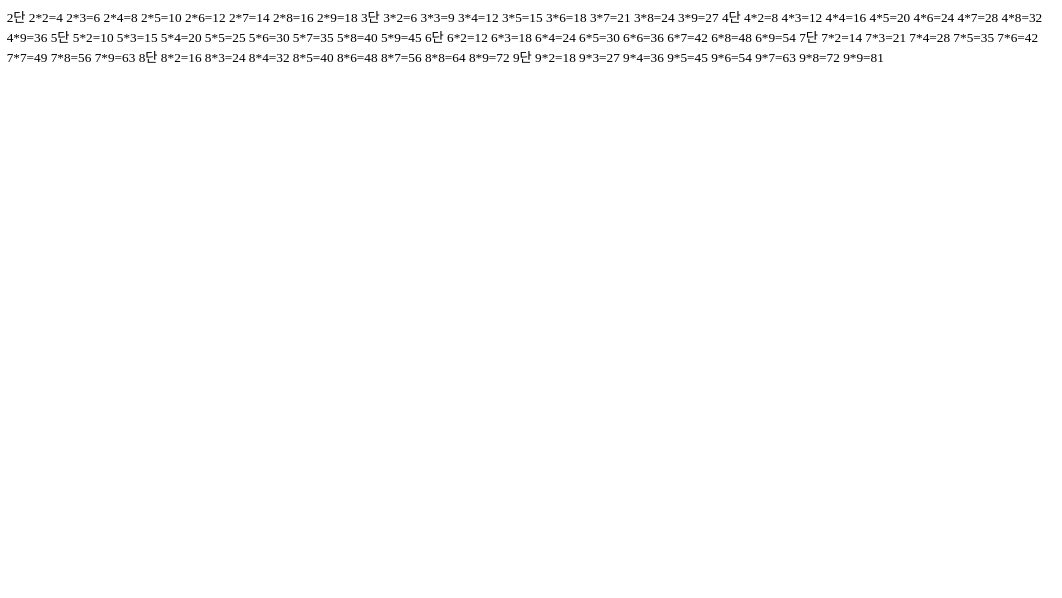
Repository: ksj2001/JSPclass2023
Page: http://localhost/Chapter01/Test04.jsp
An editor plug-in stored every save of this project. The page is shown before and after the next save, followed by the edit.
The browser window is 1280 px wide. The pictures show the whole page, at 83% of full size.
The page is served by Tomcat 9.

Above is the page before, as saved 2023-11-08 05:43:48.

### Chapter01/src/main/webapp/Test04.jsp
<%@ page language="java" contentType="text/html; charset=UTF-8"
    pageEncoding="UTF-8"%>
<!DOCTYPE html>
<html>
<head>
<meta charset="UTF-8">
<title>Insert title here</title>
</head>
<body>
<%
	for(int i=2;i<10;i++){
%>
	<%=i %>단
<%
		for(int j=2;j<10;j++){
%>
<%=i %>*<%=j %>=<%=i*j %>
<%
		}
	}
%>
</body>
</html>

After the next save:
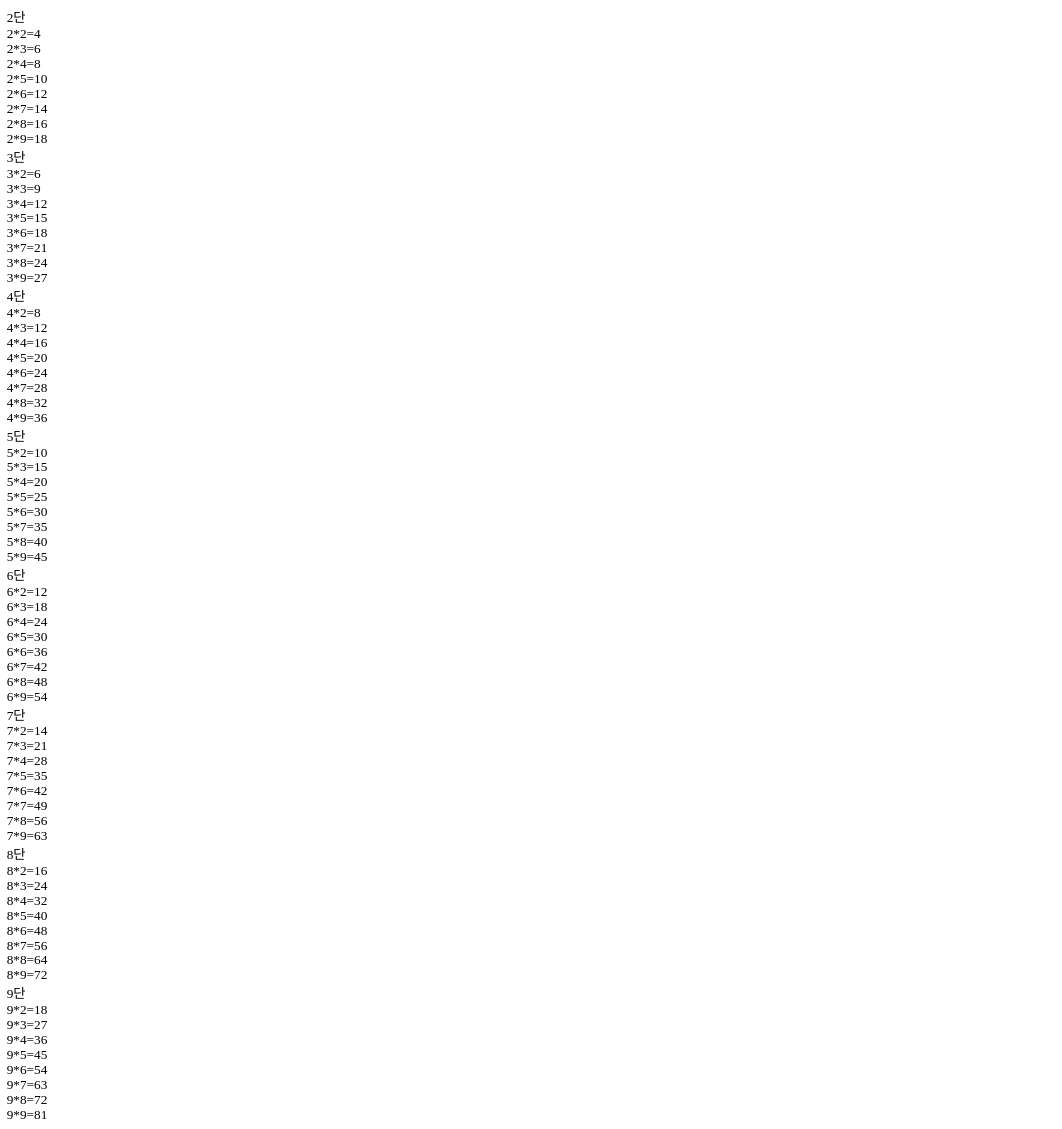
Saved 39 s later.
--- a/Chapter01/src/main/webapp/Test04.jsp
+++ b/Chapter01/src/main/webapp/Test04.jsp
@@ -10,11 +10,11 @@
 <%
 	for(int i=2;i<10;i++){
 %>
-	<%=i %>단
+	<%=i %>단<br>
 <%
 		for(int j=2;j<10;j++){
 %>
-<%=i %>*<%=j %>=<%=i*j %>
+<%=i %>*<%=j %>=<%=i*j %><br>
 <%
 		}
 	}
